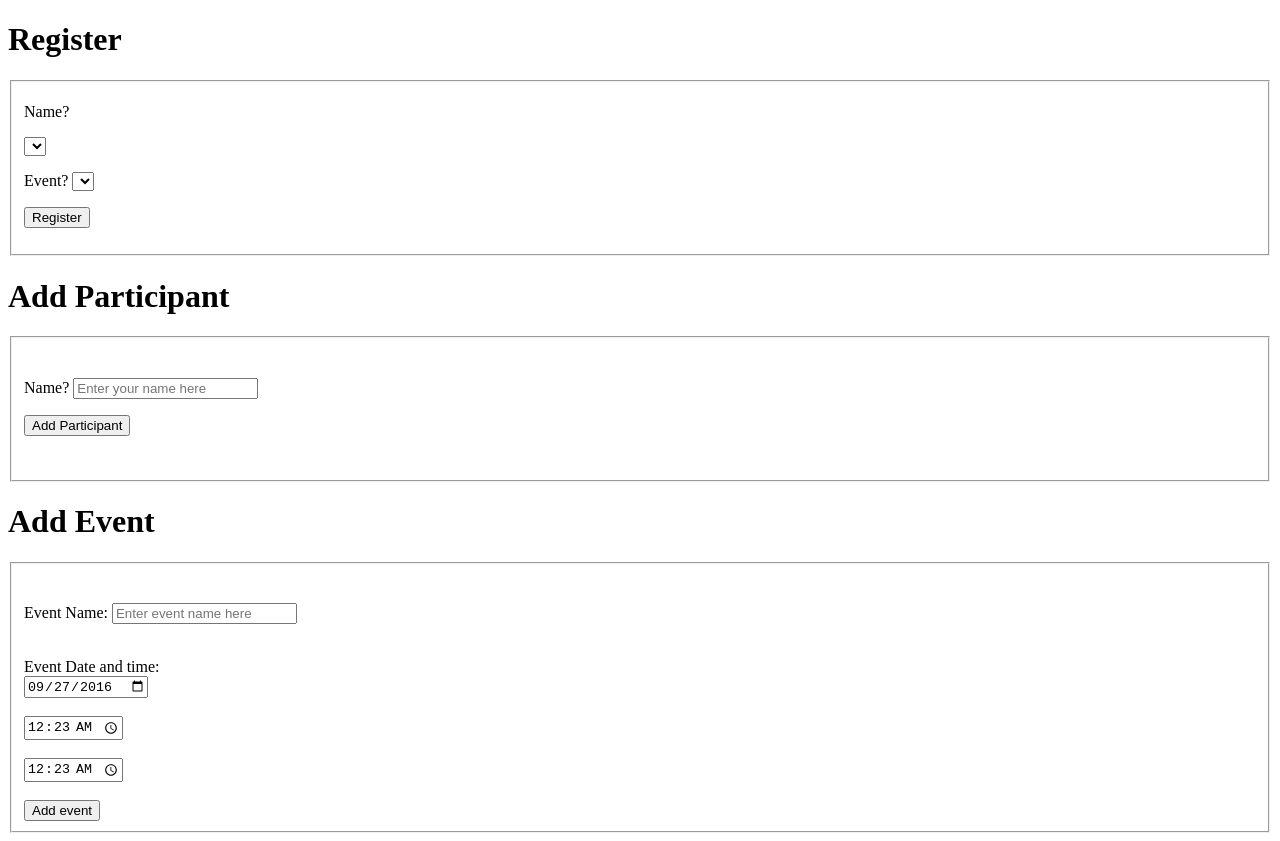
Repository: erickzhao/Event-Registration-Application
Page: http://localhost/
The author's editor kept a copy of each file at every save. The page is drawn from the files as they stood at one save, then again after the next save.
The browser window is 1280 px wide. The pictures show the whole page.
The page is run by PHP 8.4 with error messages shown; the project is at /var/www/html/.

Above is the page before, as saved 2016-09-28 05:14:18.

### workspace-web/EventRegistration/EventRegistration/index.php
<!DOCTYPE html>
<html>
	<head>
		<meta charset="UTF-8">
		<title> Event Registration </title>
		<style>
			.error {color:#FF0000;}
		</style>
	</head>
	<body>
		<?php
			require_once "model/Participant.php";
			require_once "model/Registration.php";
			require_once "model/RegistrationManager.php";
			require_once "model/Event.php";
			require_once "persistence/PersistenceEventRegistration.php";
			session_start();

			//Retreive data from the model
			$pm = new PersistenceEventRegistration();
			$rm = $pm->loadDataFromStore();

			echo "<h1>Register</h1>";
			echo "<form action='register.php' method='post'>";
			echo "<fieldset>";
			echo "<p>Name?</p> <select name='participantspinner'>";
			foreach ($rm->getParticipants() as $participant){
				echo "<option>" . $participant->getName() . "</option>";
			}
			echo "</select><span class='error'>";
			if (isset($_SESSION['errorRegisterParticipant']) && !empty($_SESSION['errorRegisterParticipant'])){
				echo " * " . $_SESSION["errorRegisterParticipant"];
			}
			echo "</span></p>";
			echo "<p>Event? <select name='eventspinner'>";
			foreach ($rm->getEvents() as $event){
				echo "<option>" . $event->getName() . "</option>";
			}
			echo "</select><span class='error'>";
			if (isset($_SESSION['errorRegisterEvent']) && !empty($_SESSION['errorRegisterEvent'])){
				echo " * " . $_SESSION["errorRegisterEvent"];
			}
			echo "</span></p>";
			echo "<p><input type='submit' value='Register'/></p>";
			echo "</fieldset>";
			echo "</form>";
		?>
		<h1> Add Participant </h1>
		<form action = "addparticipant.php" method="post">
			<fieldset>
			<br>
			<p>Name? <input type="text" name="participant_name" placeholder="Enter your name here"/>
			<span class="error">
			<?php
			if (isset($_SESSION['errorParticipantName']) && !empty($_SESSION['errorParticipantName'])){
				echo " * " . $_SESSION["errorParticipantName"];
			}
			?>
			</span></p>
			<p><input type="submit" value="Add Participant"/></p>
			<br>
			</fieldset>
		</form>

		<h1>Add Event</h1>
		<form action = "addevent.php" method="post">
			<fieldset>
			<br>
			<p> Event Name: <input type="text" name="event_name" placeholder="Enter event name here"/><br>
			<span class="error">
			<?php
			if (isset($_SESSION['errorEventName']) && !empty($_SESSION['errorEventName'])){
				echo " * " . $_SESSION["errorEventName"];
			}
			?>
			</span></p>
			<br>
			Event Date and time:<br>
			<input type="date" name="event_date" value="<?php echo date('Y-m-d'); ?>" /><br>
			<span class="error">
			<?php
			if (isset($_SESSION['errorEventDate']) && !empty($_SESSION['errorEventDate'])){
				echo " * " . $_SESSION["errorEventDate"];
			}
			?>
			</span>
			<br>
			<input type="time" name="starttime" value="<?php echo date('H:i'); ?>" /> <br>
			<span class="error">
			<?php
			if (isset($_SESSION['errorEventstarttime']) && !empty($_SESSION['errorEventstarttime'])){
				echo " * " . $_SESSION["errorEventstarttime"];
			}
			?>
			</span>
			<br>
			<input type="time" name="endtime" value="<?php echo date('H:i'); ?>" /> <br>
			<span class="error">
			<?php
			if (isset($_SESSION['errorEventendtime']) && !empty($_SESSION['errorEventendtime'])){
				echo " * " . $_SESSION["errorEventendtime"];
			}
			?>
			</span>
			<br>
			<input type="submit" value="Add event">
			<br>
			</fieldset>
		</form>
	</body>
</html>

### workspace-web/EventRegistration/EventRegistration/model/Participant.php
<?php
/*PLEASE DO NOT EDIT THIS CODE*/
/*This code was generated using the UMPLE 1.22.0.5146 modeling language!*/

class Participant
{

  //------------------------
  // MEMBER VARIABLES
  //------------------------

  //Participant Attributes
  private $name;

  //------------------------
  // CONSTRUCTOR
  //------------------------

  public function __construct($aName)
  {
    $this->name = $aName;
  }

  //------------------------
  // INTERFACE
  //------------------------

  public function setName($aName)
  {
    $wasSet = false;
    $this->name = $aName;
    $wasSet = true;
    return $wasSet;
  }

  public function getName()
  {
    return $this->name;
  }

  public function equals($compareTo)
  {
    return $this == $compareTo;
  }

  public function delete()
  {}

}
?>

### workspace-web/EventRegistration/EventRegistration/model/Registration.php
<?php
/*PLEASE DO NOT EDIT THIS CODE*/
/*This code was generated using the UMPLE 1.22.0.5146 modeling language!*/

class Registration
{

  //------------------------
  // STATIC VARIABLES
  //------------------------

  private static $nextId = 1;

  //------------------------
  // MEMBER VARIABLES
  //------------------------

  //Autounique Attributes
  private $id;

  //Registration Associations
  private $participant;
  private $event;

  //------------------------
  // CONSTRUCTOR
  //------------------------

  public function __construct($aParticipant, $aEvent)
  {
    $this->id = self::$nextId++;
    if (!$this->setParticipant($aParticipant))
    {
      throw new Exception("Unable to create Registration due to aParticipant");
    }
    if (!$this->setEvent($aEvent))
    {
      throw new Exception("Unable to create Registration due to aEvent");
    }
  }

  //------------------------
  // INTERFACE
  //------------------------

  public function getId()
  {
    return $this->id;
  }

  public function getParticipant()
  {
    return $this->participant;
  }

  public function getEvent()
  {
    return $this->event;
  }

  public function setParticipant($aNewParticipant)
  {
    $wasSet = false;
    if ($aNewParticipant != null)
    {
      $this->participant = $aNewParticipant;
      $wasSet = true;
    }
    return $wasSet;
  }

  public function setEvent($aNewEvent)
  {
    $wasSet = false;
    if ($aNewEvent != null)
    {
      $this->event = $aNewEvent;
      $wasSet = true;
    }
    return $wasSet;
  }

  public function equals($compareTo)
  {
    return $this == $compareTo;
  }

  public function delete()
  {
    $this->participant = null;
    $this->event = null;
  }

}
?>

### workspace-web/EventRegistration/EventRegistration/model/RegistrationManager.php
<?php
/*PLEASE DO NOT EDIT THIS CODE*/
/*This code was generated using the UMPLE 1.22.0.5146 modeling language!*/

class RegistrationManager
{

  //------------------------
  // STATIC VARIABLES
  //------------------------

  private static $theInstance = null;

  //------------------------
  // MEMBER VARIABLES
  //------------------------

  //RegistrationManager Associations
  private $registrations;
  private $participants;
  private $events;

  //------------------------
  // CONSTRUCTOR
  //------------------------

  private function __construct()
  {
    $this->registrations = array();
    $this->participants = array();
    $this->events = array();
  }

  public static function getInstance()
  {
    if(self::$theInstance == null)
    {
      self::$theInstance = new RegistrationManager();
    }
    return self::$theInstance;
  }

  //------------------------
  // INTERFACE
  //------------------------

  public function getRegistration_index($index)
  {
    $aRegistration = $this->registrations[$index];
    return $aRegistration;
  }

  public function getRegistrations()
  {
    $newRegistrations = $this->registrations;
    return $newRegistrations;
  }

  public function numberOfRegistrations()
  {
    $number = count($this->registrations);
    return $number;
  }

  public function hasRegistrations()
  {
    $has = $this->numberOfRegistrations() > 0;
    return $has;
  }

  public function indexOfRegistration($aRegistration)
  {
    $wasFound = false;
    $index = 0;
    foreach($this->registrations as $registration)
    {
      if ($registration->equals($aRegistration))
      {
        $wasFound = true;
        break;
      }
      $index += 1;
    }
    $index = $wasFound ? $index : -1;
    return $index;
  }

  public function getParticipant_index($index)
  {
    $aParticipant = $this->participants[$index];
    return $aParticipant;
  }

  public function getParticipants()
  {
    $newParticipants = $this->participants;
    return $newParticipants;
  }

  public function numberOfParticipants()
  {
    $number = count($this->participants);
    return $number;
  }

  public function hasParticipants()
  {
    $has = $this->numberOfParticipants() > 0;
    return $has;
  }

  public function indexOfParticipant($aParticipant)
  {
    $wasFound = false;
    $index = 0;
    foreach($this->participants as $participant)
    {
      if ($participant->equals($aParticipant))
      {
        $wasFound = true;
        break;
      }
      $index += 1;
    }
    $index = $wasFound ? $index : -1;
    return $index;
  }

  public function getEvent_index($index)
  {
    $aEvent = $this->events[$index];
    return $aEvent;
  }

  public function getEvents()
  {
    $newEvents = $this->events;
    return $newEvents;
  }

  public function numberOfEvents()
  {
    $number = count($this->events);
    return $number;
  }

  public function hasEvents()
  {
    $has = $this->numberOfEvents() > 0;
    return $has;
  }

  public function indexOfEvent($aEvent)
  {
    $wasFound = false;
    $index = 0;
    foreach($this->events as $event)
    {
      if ($event->equals($aEvent))
      {
        $wasFound = true;
        break;
      }
      $index += 1;
    }
    $index = $wasFound ? $index : -1;
    return $index;
  }

  public static function minimumNumberOfRegistrations()
  {
    return 0;
  }

  public function addRegistration($aRegistration)
  {
    $wasAdded = false;
    if ($this->indexOfRegistration($aRegistration) !== -1) { return false; }
    $this->registrations[] = $aRegistration;
    $wasAdded = true;
    return $wasAdded;
  }

  public function removeRegistration($aRegistration)
  {
    $wasRemoved = false;
    if ($this->indexOfRegistration($aRegistration) != -1)
    {
      unset($this->registrations[$this->indexOfRegistration($aRegistration)]);
      $this->registrations = array_values($this->registrations);
      $wasRemoved = true;
    }
    return $wasRemoved;
  }

  public function addRegistrationAt($aRegistration, $index)
  {
    $wasAdded = false;
    if($this->addRegistration($aRegistration))
    {
      if($index < 0 ) { $index = 0; }
      if($index > $this->numberOfRegistrations()) { $index = $this->numberOfRegistrations() - 1; }
      array_splice($this->registrations, $this->indexOfRegistration($aRegistration), 1);
      array_splice($this->registrations, $index, 0, array($aRegistration));
      $wasAdded = true;
    }
    return $wasAdded;
  }

  public function addOrMoveRegistrationAt($aRegistration, $index)
  {
    $wasAdded = false;
    if($this->indexOfRegistration($aRegistration) !== -1)
    {
      if($index < 0 ) { $index = 0; }
      if($index > $this->numberOfRegistrations()) { $index = $this->numberOfRegistrations() - 1; }
      array_splice($this->registrations, $this->indexOfRegistration($aRegistration), 1);
      array_splice($this->registrations, $index, 0, array($aRegistration));
      $wasAdded = true;
    }
    else
    {
      $wasAdded = $this->addRegistrationAt($aRegistration, $index);
    }
    return $wasAdded;
  }

  public static function minimumNumberOfParticipants()
  {
    return 0;
  }

  public function addParticipant($aParticipant)
  {
    $wasAdded = false;
    if ($this->indexOfParticipant($aParticipant) !== -1) { return false; }
    $this->participants[] = $aParticipant;
    $wasAdded = true;
    return $wasAdded;
  }

  public function removeParticipant($aParticipant)
  {
    $wasRemoved = false;
    if ($this->indexOfParticipant($aParticipant) != -1)
    {
      unset($this->participants[$this->indexOfParticipant($aParticipant)]);
      $this->participants = array_values($this->participants);
      $wasRemoved = true;
    }
    return $wasRemoved;
  }

  public function addParticipantAt($aParticipant, $index)
  {
    $wasAdded = false;
    if($this->addParticipant($aParticipant))
    {
      if($index < 0 ) { $index = 0; }
      if($index > $this->numberOfParticipants()) { $index = $this->numberOfParticipants() - 1; }
      array_splice($this->participants, $this->indexOfParticipant($aParticipant), 1);
      array_splice($this->participants, $index, 0, array($aParticipant));
      $wasAdded = true;
    }
    return $wasAdded;
  }

  public function addOrMoveParticipantAt($aParticipant, $index)
  {
    $wasAdded = false;
    if($this->indexOfParticipant($aParticipant) !== -1)
    {
      if($index < 0 ) { $index = 0; }
      if($index > $this->numberOfParticipants()) { $index = $this->numberOfParticipants() - 1; }
      array_splice($this->participants, $this->indexOfParticipant($aParticipant), 1);
      array_splice($this->participants, $index, 0, array($aParticipant));
      $wasAdded = true;
    }
    else
    {
      $wasAdded = $this->addParticipantAt($aParticipant, $index);
    }
    return $wasAdded;
  }

  public static function minimumNumberOfEvents()
  {
    return 0;
  }

  public function addEvent($aEvent)
  {
    $wasAdded = false;
    if ($this->indexOfEvent($aEvent) !== -1) { return false; }
    $this->events[] = $aEvent;
    $wasAdded = true;
    return $wasAdded;
  }

  public function removeEvent($aEvent)
  {
    $wasRemoved = false;
    if ($this->indexOfEvent($aEvent) != -1)
    {
      unset($this->events[$this->indexOfEvent($aEvent)]);
      $this->events = array_values($this->events);
      $wasRemoved = true;
    }
    return $wasRemoved;
  }

  public function addEventAt($aEvent, $index)
  {
    $wasAdded = false;
    if($this->addEvent($aEvent))
    {
      if($index < 0 ) { $index = 0; }
      if($index > $this->numberOfEvents()) { $index = $this->numberOfEvents() - 1; }
      array_splice($this->events, $this->indexOfEvent($aEvent), 1);
      array_splice($this->events, $index, 0, array($aEvent));
      $wasAdded = true;
    }
    return $wasAdded;
  }

  public function addOrMoveEventAt($aEvent, $index)
  {
    $wasAdded = false;
    if($this->indexOfEvent($aEvent) !== -1)
    {
      if($index < 0 ) { $index = 0; }
      if($index > $this->numberOfEvents()) { $index = $this->numberOfEvents() - 1; }
      array_splice($this->events, $this->indexOfEvent($aEvent), 1);
      array_splice($this->events, $index, 0, array($aEvent));
      $wasAdded = true;
    }
    else
    {
      $wasAdded = $this->addEventAt($aEvent, $index);
    }
    return $wasAdded;
  }

  public function equals($compareTo)
  {
    return $this == $compareTo;
  }

  public function delete()
  {
    $this->registrations = array();
    $this->participants = array();
    $this->events = array();
  }

}
?>

### workspace-web/EventRegistration/EventRegistration/model/Event.php
<?php
/*PLEASE DO NOT EDIT THIS CODE*/
/*This code was generated using the UMPLE 1.22.0.5146 modeling language!*/

class Event
{

  //------------------------
  // MEMBER VARIABLES
  //------------------------

  //Event Attributes
  private $name;
  private $eventDate;
  private $startTime;
  private $endTime;

  //------------------------
  // CONSTRUCTOR
  //------------------------

  public function __construct($aName, $aEventDate, $aStartTime, $aEndTime)
  {
    $this->name = $aName;
    $this->eventDate = $aEventDate;
    $this->startTime = $aStartTime;
    $this->endTime = $aEndTime;
  }

  //------------------------
  // INTERFACE
  //------------------------

  public function setName($aName)
  {
    $wasSet = false;
    $this->name = $aName;
    $wasSet = true;
    return $wasSet;
  }

  public function setEventDate($aEventDate)
  {
    $wasSet = false;
    $this->eventDate = $aEventDate;
    $wasSet = true;
    return $wasSet;
  }

  public function setStartTime($aStartTime)
  {
    $wasSet = false;
    $this->startTime = $aStartTime;
    $wasSet = true;
    return $wasSet;
  }

  public function setEndTime($aEndTime)
  {
    $wasSet = false;
    $this->endTime = $aEndTime;
    $wasSet = true;
    return $wasSet;
  }

  public function getName()
  {
    return $this->name;
  }

  public function getEventDate()
  {
    return $this->eventDate;
  }

  public function getStartTime()
  {
    return $this->startTime;
  }

  public function getEndTime()
  {
    return $this->endTime;
  }

  public function equals($compareTo)
  {
    return $this == $compareTo;
  }

  public function delete()
  {}

}
?>

### workspace-web/EventRegistration/EventRegistration/persistence/PersistenceEventRegistration.php
<?php
class PersistenceEventRegistration{
	private $filename;

	function __construc($filename = 'data.txt'){
		$this->filename = $filename;
	}

	function loadDataFromStore(){
		if (file_exists($this->filename)){
			$str = file_get_contents($this->filename);
			$rm = unserialize($str);
		} else {
			$rm = RegistrationManager::getInstance();
		}
		return $rm;
	}

	function writeDataToStore($rm){
		$str = serialize($rm);
		file_put_contents($this->filename, $str);
	}
}
?>

After the next save:
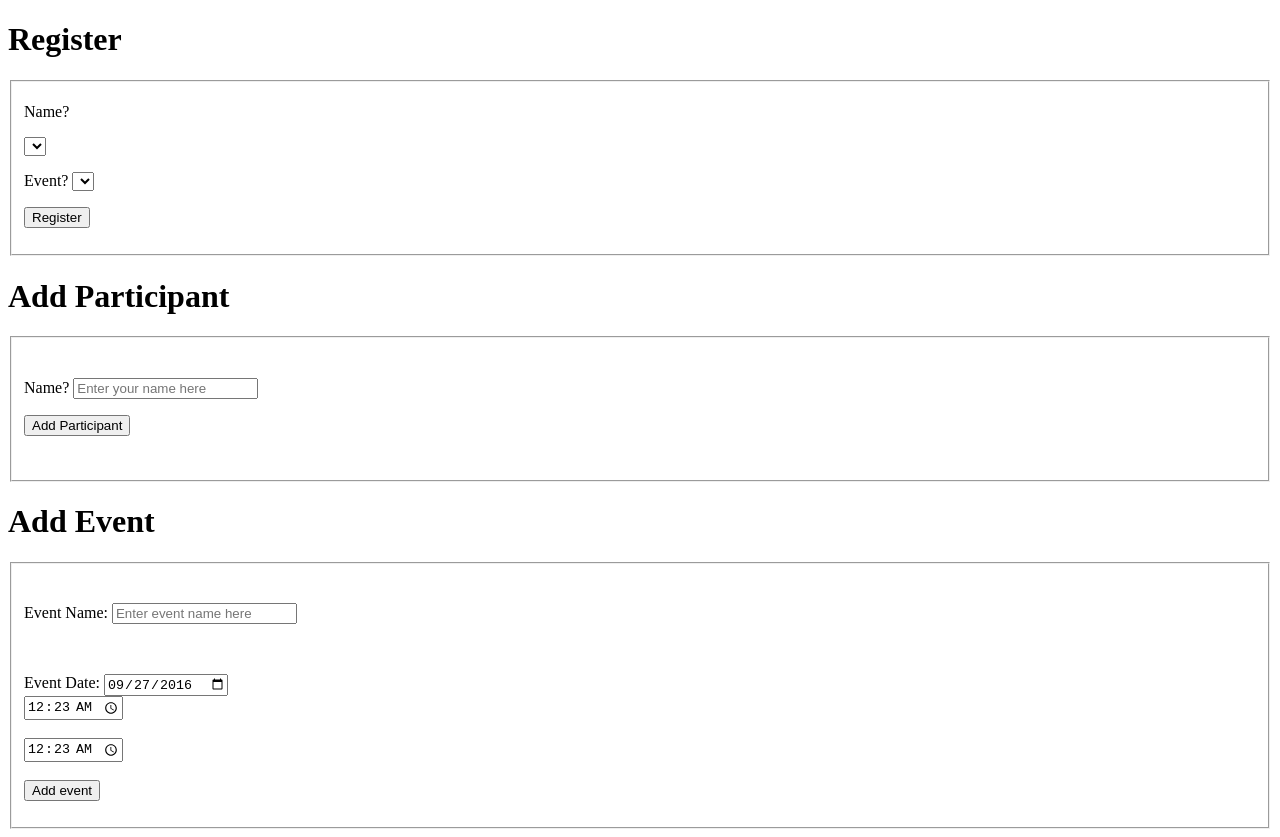
Saved 29 s later.
--- a/workspace-web/EventRegistration/EventRegistration/index.php
+++ b/workspace-web/EventRegistration/EventRegistration/index.php
@@ -75,8 +75,7 @@
 			?>
 			</span></p>
 			<br>
-			Event Date and time:<br>
-			<input type="date" name="event_date" value="<?php echo date('Y-m-d'); ?>" /><br>
+			<p> Event Date: <input type="date" name="event_date" value="<?php echo date('Y-m-d'); ?>" />
 			<span class="error">
 			<?php
 			if (isset($_SESSION['errorEventDate']) && !empty($_SESSION['errorEventDate'])){
